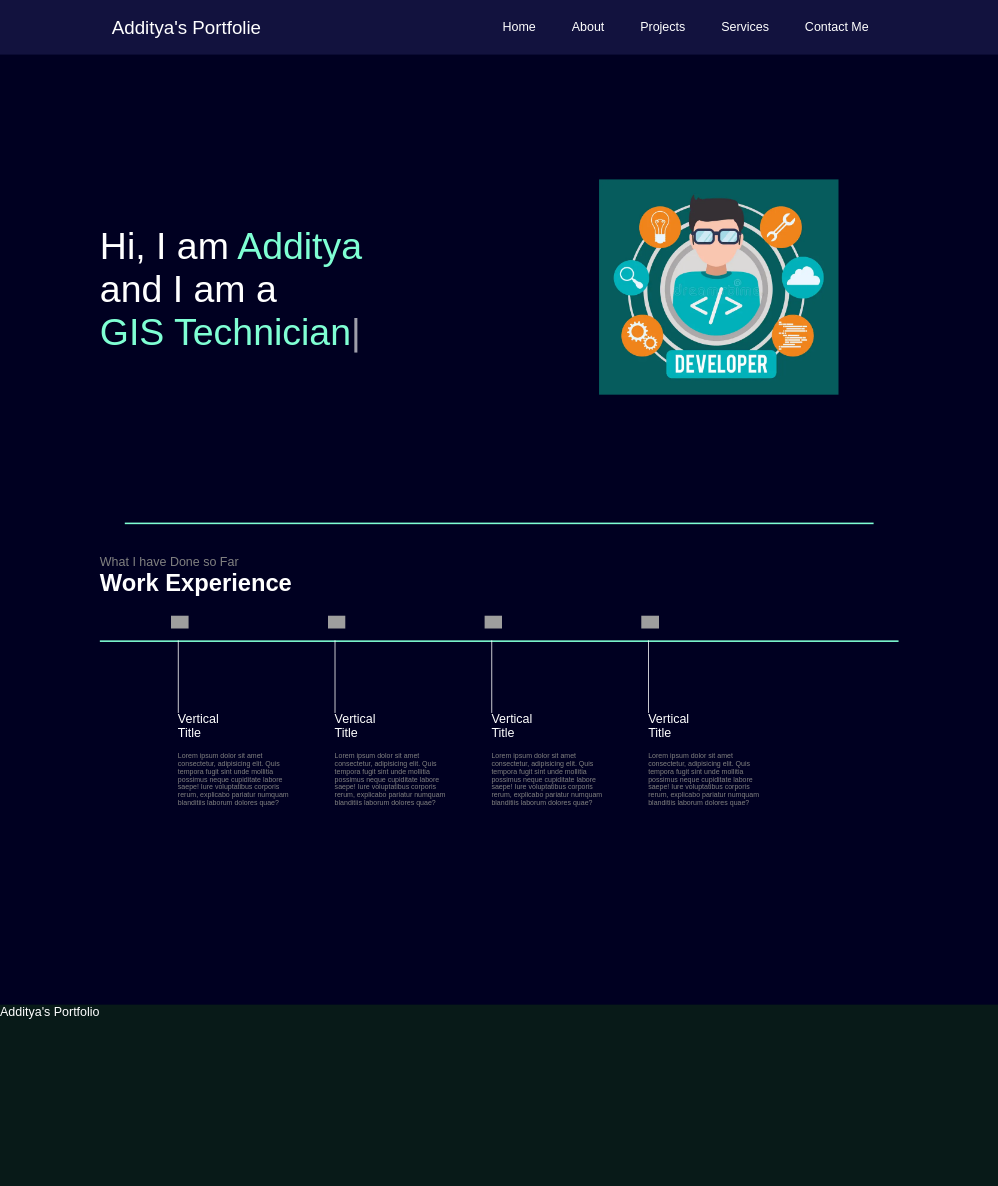
Repository: VictoriousMango/Portfolio
Page: index.html
An editor plug-in stored every save of this project. The page is shown before and after the next save, followed by the edit.
The browser window is 1280 px wide. The pictures show the whole page, at 78% of full size.
Pictures or frames that could not be fetched are drawn as grey boxes.

Above is the page before, as saved 2023-08-27 12:11:07.

### index.html
<!DOCTYPE html>
<html lang="en">

<head>
    <meta charset="UTF-8">
    <meta name="viewport" content="width=device-width, initial-scale=1.0">
    <title>Additya - Developer Portfolio</title>
    <style>
        * {
            margin: 0;
            padding: 0;
        }

        body {
            background-color: rgb(0, 0, 33);
            color: white;
            font-family: 'Poppins', sans-serif;
        }

        nav {
            display: flex;
            justify-content: space-around;
            align-items: center;
            height: 70px;
            background-color: rgb(18, 18, 62);
        }

        nav ul {
            display: flex;
            justify-content: center;
        }

        nav ul li {
            list-style: none;
            margin: 0 23px;
        }

        nav ul li a {
            text-decoration: none;
            color: white;
        }

        nav ul li a:hover {
            color: rgb(153, 153, 226);
            font-size: 1.05rem;
        }

        main hr {
            border: 0;
            background: aquamarine;
            height: 1.2px;
            margin: 40px 160px;
        }

        text-gray {
            color: gray;
        }

        .left {
            font-size: 1.5rem;
        }

        .firstSection {
            display: flex;
            justify-content: space-around;
            align-items: center;
            margin: 110px 0;

        }

        .firstSection>div {
            width: 30%;
        }

        .secondSection {
            max-width: 80vw;
            margin: auto;
            height: 80vh;
        }

        .secondSection h1 {
            font-size: 1.9rem;
        }

        .secondSection .box {
            background: aquamarine;
            width: 80vw;
            height: 2px;
            margin: 56px 0;
            display: flex;
        }

        .secondSection .vertical {
            height: 93px;
            width: 1px;
            background-color: white;
            margin: 0 100px;
        }

        .vertical-title {
            position: relative;
            width: 23px;
            top: 71px;

        }

        .vertical-desc {
            position: relative;
            top: 86px;
            color: gray;
            width: 150px;
            font-size: 9px;
        }

        .image-top {
            width: 23px;
            position: relative;
            top: -32px;
            left: -9px;
        }

        .leftSection {
            font-size: 3rem;
        }

        /* .rightSection{
            background-color: red;
        } */
        .rightSection img {
            width: 80%;
            margin: 50px 0;
        }

        .purple {
            color: aquamarine;
        }

        .text-gray {
            color: grey;
        }
        footer{
            background-color: rgb(8, 26, 24);
            height: 233px;
            opacity: 1;
        }
        .footer{
            display: flex;
        }
        #element {
            color: aquamarine;
        }
    </style>
</head>

<body>
    <header>
        <nav>
            <div class="left">Additya's Portfolie</div>
            <div class="right">
                <ul>
                    <li><a href="/">Home</a></li>
                    <li><a href="/">About</a></li>
                    <li><a href="/">Projects</a></li>
                    <li><a href="/">Services</a></li>
                    <li><a href="/">Contact Me</a></li>
                </ul>
            </div>
        </nav>
    </header>

    <main>
        <section class="firstSection">
            <div class="leftSection">
                Hi, I am <span class="purple">Additya</span>
                <div>and I am a</div>
                <span id="element"></span>
            </div>
            <div class="rightSection"><img src="Web Dev.webp" alt=""></div>
        </section>
        <hr>
        <section class="secondSection">
            <span class="text-gray">What I have Done so Far</span>
            <h1>Work Experience</h1>
            <div class="box">
                <div class="vertical">
                    <img class="image-top" src="Image 1.jpg" alt="">
                    <div class="vertical-title">
                        Vertical Title
                    </div>
                    <div class="vertical-desc">
                        Lorem ipsum dolor sit amet consectetur, adipisicing elit. Quis tempora fugit sint unde mollitia
                        possimus neque cupiditate labore saepe! Iure voluptatibus corporis rerum, explicabo pariatur
                        numquam blanditiis laborum dolores quae?
                    </div>
                </div>
                <div class="vertical">
                    <img class="image-top" src="Image 1.jpg" alt="">
                    <div class="vertical-title">
                        Vertical Title
                    </div>
                    <div class="vertical-desc">
                        Lorem ipsum dolor sit amet consectetur, adipisicing elit. Quis tempora fugit sint unde
                        mollitia
                        possimus neque cupiditate labore saepe! Iure voluptatibus corporis rerum, explicabo pariatur
                        numquam blanditiis laborum dolores quae?
                    </div>
                </div>
                <div class="vertical">
                    <img class="image-top" src="Image 1.jpg" alt="">
                    <div class="vertical-title">
                        Vertical Title
                    </div>
                    <div class="vertical-desc">
                        Lorem ipsum dolor sit amet consectetur, adipisicing elit. Quis tempora fugit sint unde
                        mollitia
                        possimus neque cupiditate labore saepe! Iure voluptatibus corporis rerum, explicabo pariatur
                        numquam blanditiis laborum dolores quae?
                    </div>
                </div>
                <div class="vertical">
                    <img class="image-top" src="Image 1.jpg" alt="">
                    <div class="vertical-title">
                        Vertical Title
                    </div>
                    <div class="vertical-desc">
                        Lorem ipsum dolor sit amet consectetur, adipisicing elit. Quis tempora fugit sint unde
                        mollitia
                        possimus neque cupiditate labore saepe! Iure voluptatibus corporis rerum, explicabo pariatur
                        numquam blanditiis laborum dolores quae?
                    </div>
                </div>

            </div>


    </main>

    <footer>
        <div class="footer">
            <div class="footer-first">Additya's Portfolio</div>
            <div class="footer-second"></div>
            <div class="footer-third"></div>
            <div class="footer-fourth"></div>
        </div>
    </footer>

    <script src="https://unpkg.com/typed.js@2.0.16/dist/typed.umd.js"></script>
    <script>
        var typed = new Typed('#element', {
            strings: ['Web Developer', 'GIS Technician', 'Spatial Data Scientist'],
            typeSpeed: 50,
            loop: true,
            backSpeed: 25,
            backDelay: 2000
        });
    </script>
</body>

</html>

After the next save:
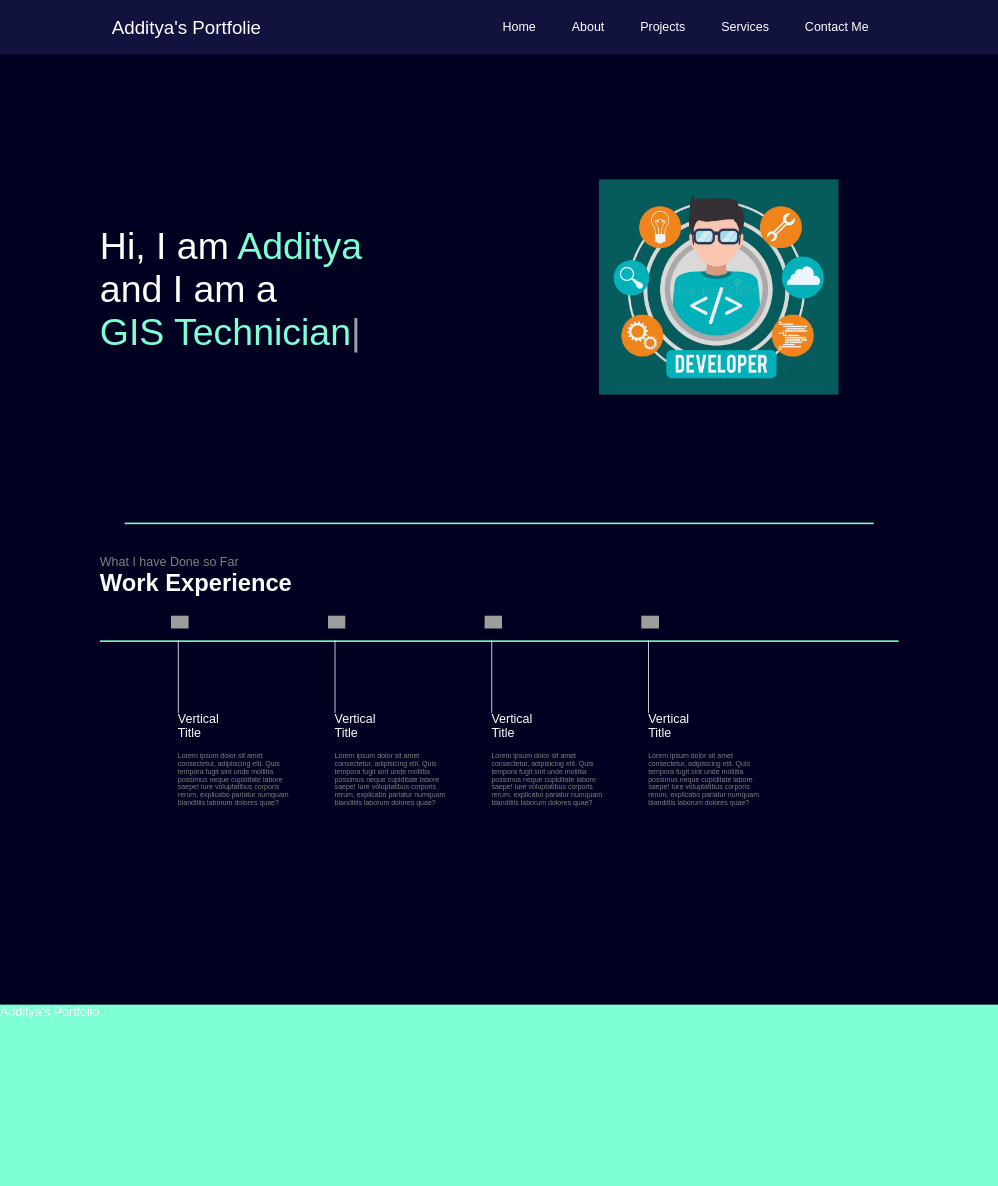
Saved 24 s later.
--- a/index.html
+++ b/index.html
@@ -139,7 +139,7 @@
             color: grey;
         }
         footer{
-            background-color: rgb(8, 26, 24);
+            background-color: aquamarine;
             height: 233px;
             opacity: 1;
         }
